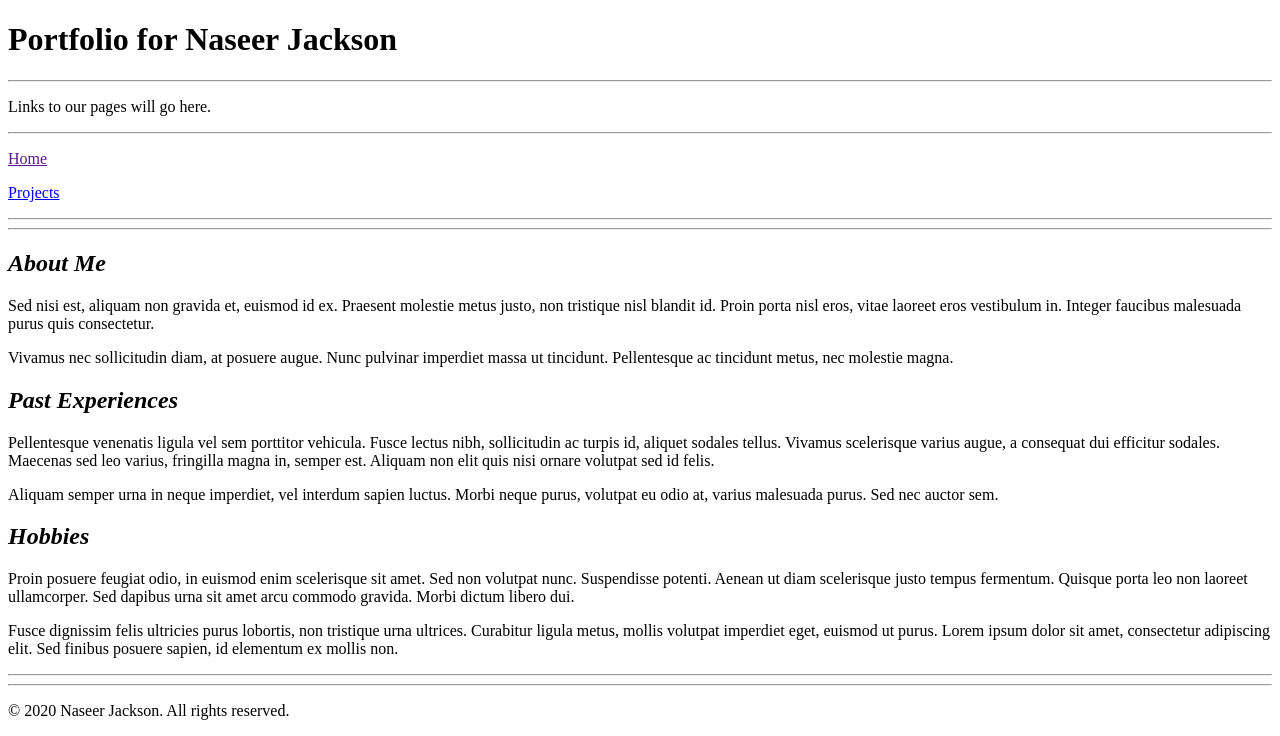
Repository: nj10deadend/Mthree-Intro-to-WebDev
Page: classwork/portfolio/index.html
The author's editor kept a copy of each file at every save. The page is drawn from the files as they stood at one save, then again after the next save.
The browser window is 1280 px wide. The pictures show the whole page.

Above is the page before, as saved 2021-12-01 09:08:02.

### classwork/portfolio/index.html
<!DOCTYPE html>

<!--
    Name: Naseer Jackson
    Date Created: 11/30/2021
    Most recent revision:
-->
<html lang="en">
<head>
    <meta charset="UTF-8">
    <meta http-equiv="X-UA-Compatible" content="IE=edge">
    <meta name="viewport" content="width=device-width, initial-scale=1.0">
    <title>Naseer's Portfolio</title>
</head>
<body>

    <header>

        <h1>Portfolio for Naseer Jackson</h1>

    </header>

    <hr>
        <!-- We need to add links to projects.html, contact.html, and testimonials.html -->
    <p>Links to our pages will go here.</p>

    <!-- <nav>
        Projects
        Contact Me
        Testimonials
    </nav> -->

    <nav> <!-- The nav element will include navigation buttons or links -->
        <hr>
        <p><a href="">Home</a></p>
        <p><a href="projects.html">Projects</a></p>
        <hr>
    </nav>
    <hr>

    <section>
        <article id="about-me">
            <h2><em>About Me</em></h2>
            <p>Sed nisi est, aliquam non gravida et, euismod id ex. Praesent molestie metus justo, non tristique nisl blandit id. Proin porta nisl eros, vitae laoreet eros vestibulum in. Integer faucibus malesuada purus quis consectetur.</p>
            <p>Vivamus nec sollicitudin diam, at posuere augue. Nunc pulvinar imperdiet massa ut tincidunt. Pellentesque ac tincidunt metus, nec molestie magna.</p>

        </article>

        <article id="past-experiences">

            <h2><em>Past Experiences</em></h2>
            <p>Pellentesque venenatis ligula vel sem porttitor vehicula. Fusce lectus nibh, sollicitudin ac turpis id, aliquet sodales tellus. Vivamus scelerisque varius augue, a consequat dui efficitur sodales. Maecenas sed leo varius, fringilla magna in, semper est. Aliquam non elit quis nisi ornare volutpat sed id felis.</p>
            <p>Aliquam semper urna in neque imperdiet, vel interdum sapien luctus. Morbi neque purus, volutpat eu odio at, varius malesuada purus. Sed nec auctor sem.</p>

        </article>

        <article id="Hobbies">

            <h2><em>Hobbies</em></h2>
            <p>Proin posuere feugiat odio, in euismod enim scelerisque sit amet. Sed non volutpat nunc. Suspendisse potenti. Aenean ut diam scelerisque justo tempus fermentum. Quisque porta leo non laoreet ullamcorper. Sed dapibus urna sit amet arcu commodo gravida. Morbi dictum libero dui. </p>
            <p>Fusce dignissim felis ultricies purus lobortis, non tristique urna ultrices. Curabitur ligula metus, mollis volutpat imperdiet eget, euismod ut purus. Lorem ipsum dolor sit amet, consectetur adipiscing elit. Sed finibus posuere sapien, id elementum ex mollis non.</p>

        </article>

        <hr>

    </section>

    <footer>
        <hr>
        <p>&copy; 2020 Naseer Jackson. All rights reserved.</p>
    </footer>


</body>
</html>

After the next save:
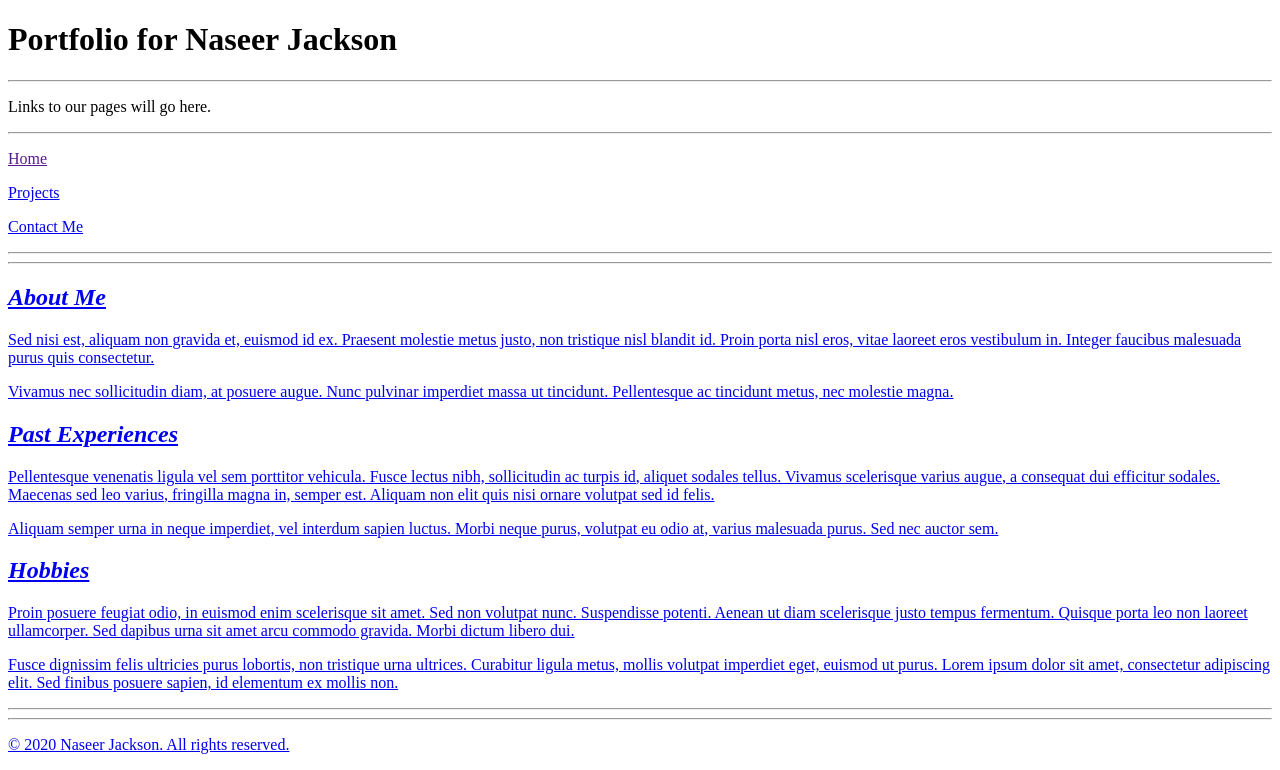
Saved 2 min 20 s later.
--- a/classwork/portfolio/index.html
+++ b/classwork/portfolio/index.html
@@ -34,6 +34,7 @@
         <hr>
         <p><a href="">Home</a></p>
         <p><a href="projects.html">Projects</a></p>
+        <p><a href="contact.html">Contact Me</p>
         <hr>
     </nav>
     <hr>
